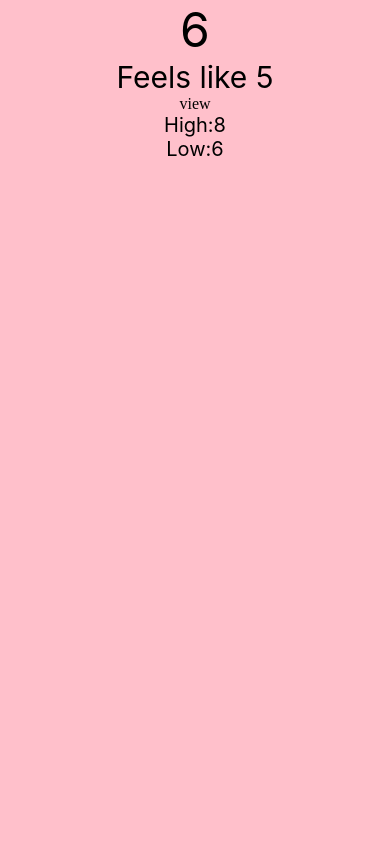
Repository: RossDee/WeatherApp
Screen: /
These files come from the project's save history. The screen is drawn as it stood at one moment and after a run of saves; the edit follows.
The app was drawn by React Native's web renderer in a window 390 px wide. The project was rebuilt for these pictures with package versions that can differ from the ones it lists, and the page was loaded fresh each time.

Above is the screen before, as saved 2023-10-14 21:01:25.

### App.js
import React from 'react';
import { SafeAreaView, StyleSheet, Text, View } from 'react-native';

const App = () => {
  return (
    <SafeAreaView style = {style.wrapper}>
    <View style = {style.container}>
      <Text style={style.temp} >6</Text>
      <Text style = {style.feels}>Feels like 5</Text>
      <>view</>
      <Text style = {style.highLow}>High:8</Text>
      <Text style = {style.highLow}>Low:6</Text>

    </View>
    </SafeAreaView>
  )
}
const style  =StyleSheet.create({
  wrapper:{
    flex:1,
    backgroundColor:'yellow',
  },
  container:{
    backgroundColor:'pink',
    flex:1,
    alignItems:'center',
  },
  temp:{
    color:'black',
    fontSize:48,
 },
 feels:{
   color:'black',
   fontSize:30,
 },
  highLow:{
    color:'black',
    fontSize:20,
  }
})
export default App

After the next 2 saves:
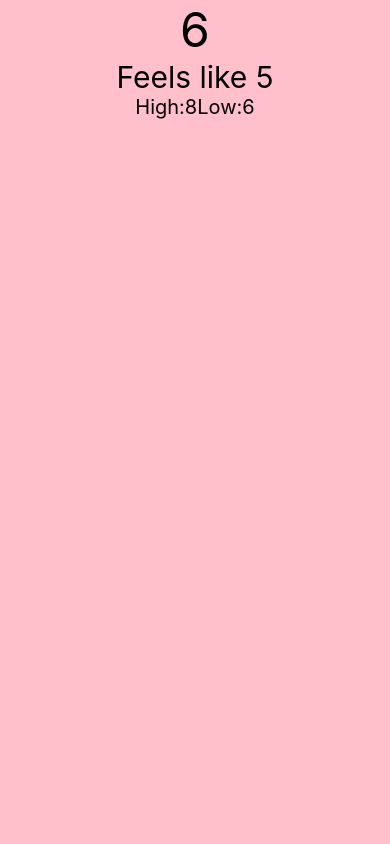
The 2 saves are shown as one change because they came seconds apart.
The last was saved 42 s later.
--- a/App.js
+++ b/App.js
@@ -7,10 +7,10 @@ const App = () => {
     <View style = {style.container}>
       <Text style={style.temp} >6</Text>
       <Text style = {style.feels}>Feels like 5</Text>
-      <>view</>
+      <view>
       <Text style = {style.highLow}>High:8</Text>
       <Text style = {style.highLow}>Low:6</Text>
-
+    </view>
     </View>
     </SafeAreaView>
   )
